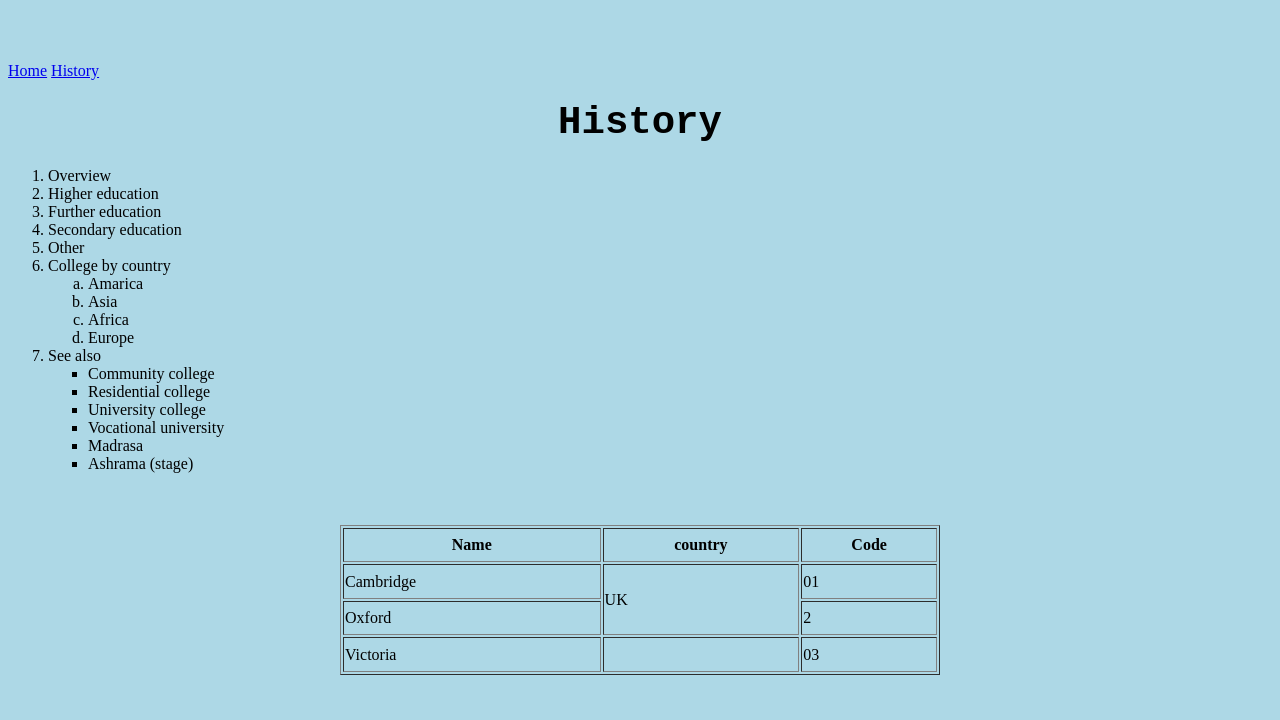
Repository: Haakim19/WebDevelopment
Page: Assignment/history.html
The author's editor kept a copy of each file at every save. The page is drawn from the files as they stood at one save, then again after the next save.
The browser window is 1280 px wide. The pictures show the whole page.

Above is the page before, as saved 2024-10-10 15:56:21.

After the next save:
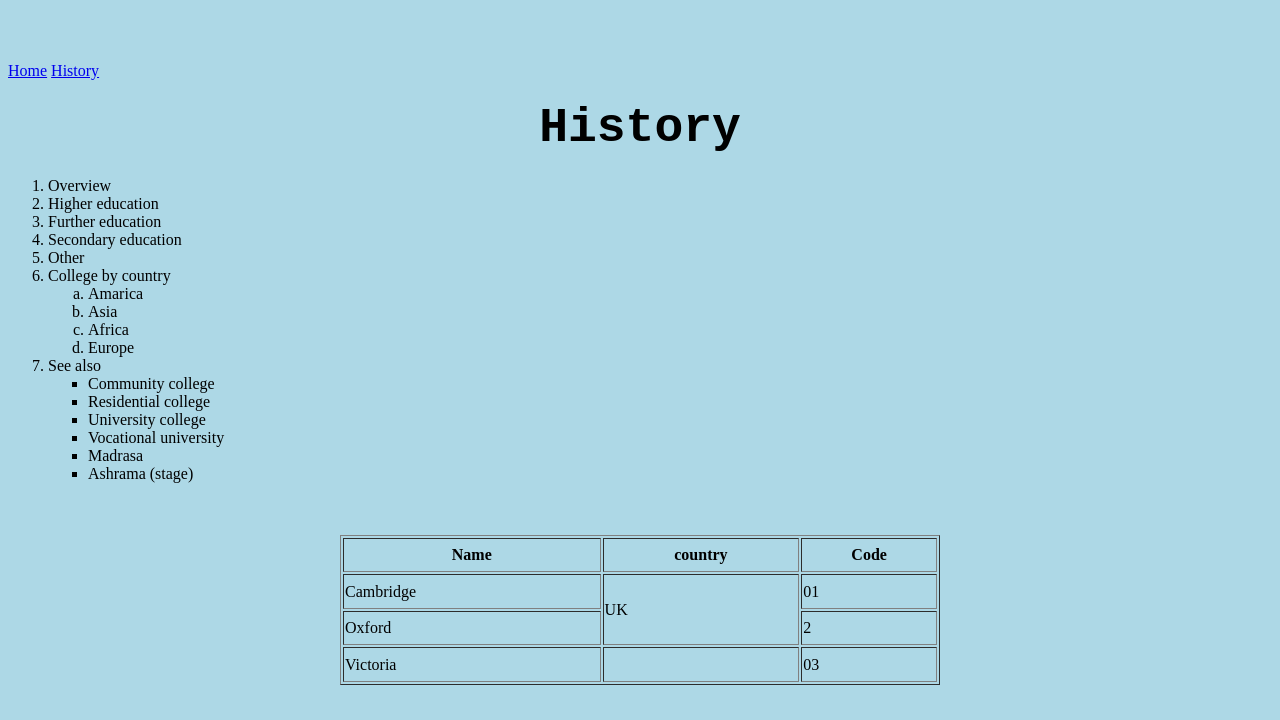
Saved 70 s later.
--- a/Assignment/history.html
+++ b/Assignment/history.html
@@ -10,7 +10,7 @@
     <a href="Index.html">Home</a>
     <a href="history.html">History</a>
     <center>
-        <h1><font face="monospace" size="10px">History</font></h1>
+        <h1><font face="Courier New" size="10px">History</font></h1>
     </center>
     <ol>
         <li>Overview</li>
